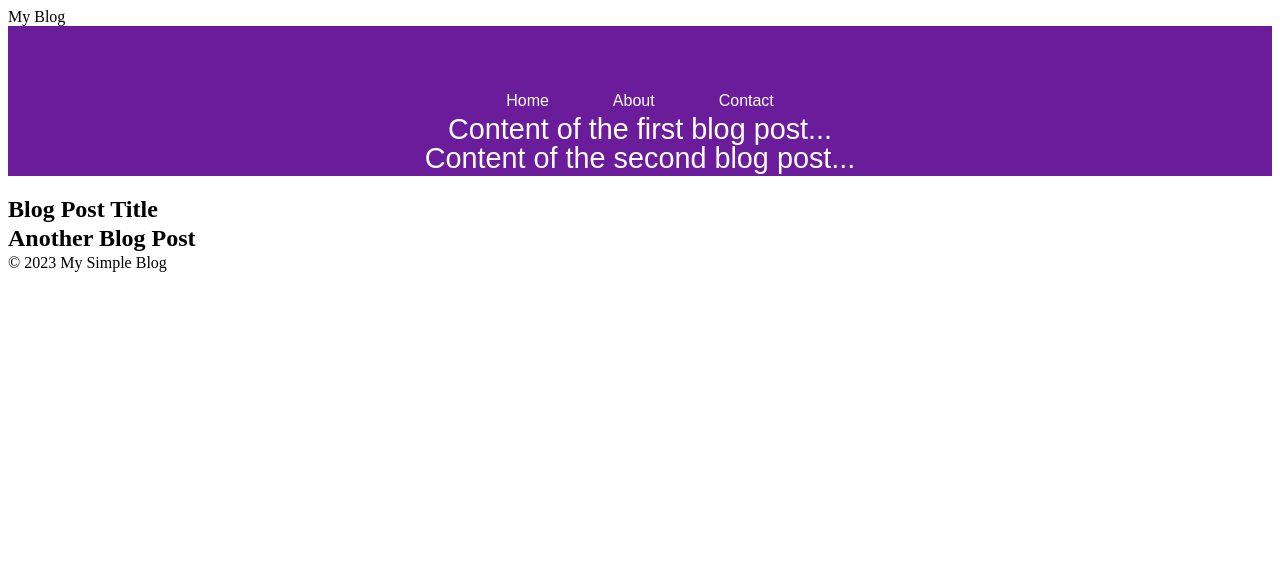
Repository: Femi007-gh/BLOG
Page: index.html
An editor plug-in stored every save of this project. The page is shown before and after the next save, followed by the edit.
The browser window is 1280 px wide. The pictures show the whole page.

Above is the page before, as saved 2025-01-08 09:27:38.

After the next save:
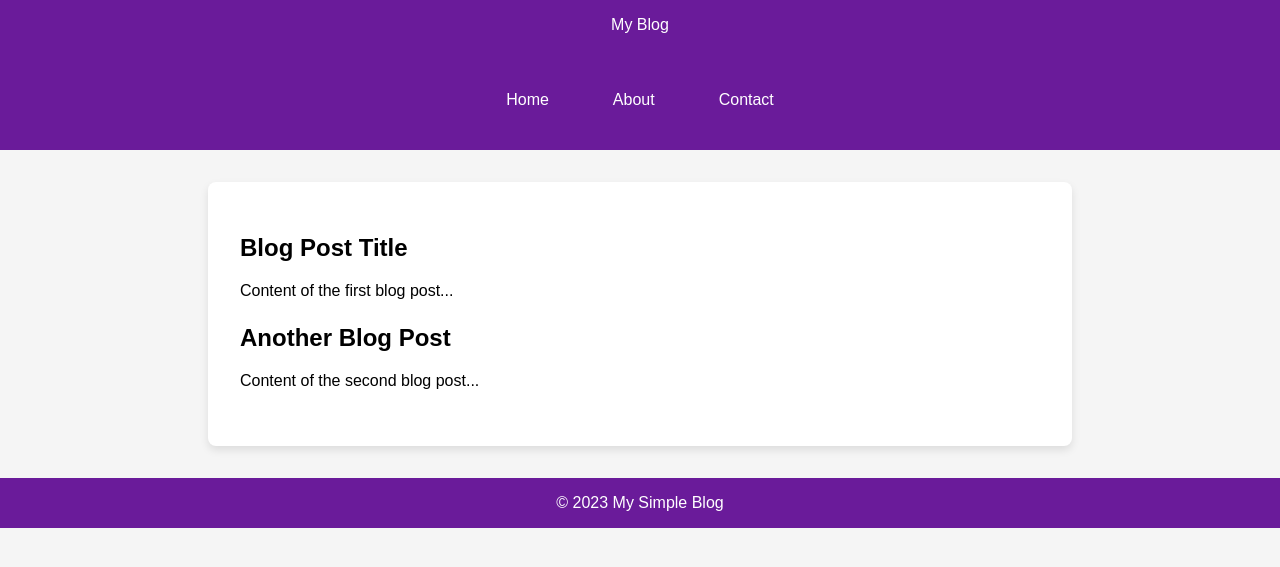
Saved 5 s later.
--- a/style.css
+++ b/style.css
@@ -1,37 +1,69 @@
+body {
+  margin: 0;
+  font-family: Arial, sans-serif;
+  background-color: #f5f5f5;
+}
+
+header {
+  background-color: #6a1b9a;
+  color: white;
+  text-align: center;
+  padding: 1rem;
+  font-weight:
+}
+
 nav {
-      background-color: 6B1C9B;
-      height: 150px;
-      flex-direction: column;
-      display: flex;
-      justify-content: center;
-      align-items: center;
-    }
+  background-color: #6a1b9a;
+  height: 100px;
+  display: flex;
+  flex-direction: column;
+  justify-content: center;
+  align-items: center;
+  color: white;
+}
 
-    ul {
-      list-style: none;
-      margin-top: 1rem;
-      padding: -0;
-      display: flex;
-      justify-content: center;
-    }
+ul {
+  list-style: none;
+  margin: 0;
+  padding: 0;
+  display: flex;
+  justify-content: center;
+}
 
-    li {
-      margin: 0 1rem;
-    }
+li {
+  margin: 0 1rem;
+}
 
-    a {
-      color: white;
-      text-decoration: none;
-      font-family: Arial, sans-serif;
-      padding: 1rem;
-      display: block;
-      font-size:
-    }
+a {
+  color: white;
+  text-decoration: none;
+  font-family: Arial, sans-serif;
+  padding: 0.5rem 1rem;
+  display: block;
+}
 
-    p {
-      margin-top: -130px;
-      font-size: 1.8rem;
-      font-family: Arial;
-      text-align: center;
-      color: white;
-    }
+a:hover {
+  background-color: #4a148c;
+  border-radius: 4px;
+}
+
+.container {
+  margin: 2rem auto;
+  max-width: 800px;
+  background-color: white;
+  border-radius: 8px;
+  padding: 2rem;
+  box-shadow: 0 4px 8px rgba(0, 0, 0, 0.1);
+}
+
+.blog-post {
+  margin-bottom: 1.5rem;
+}
+
+footer {
+  background-color: #6a1b9a;
+  color: white;
+  text-align: center;
+  padding: 1rem 0;
+  margin-top: 2rem;
+}
